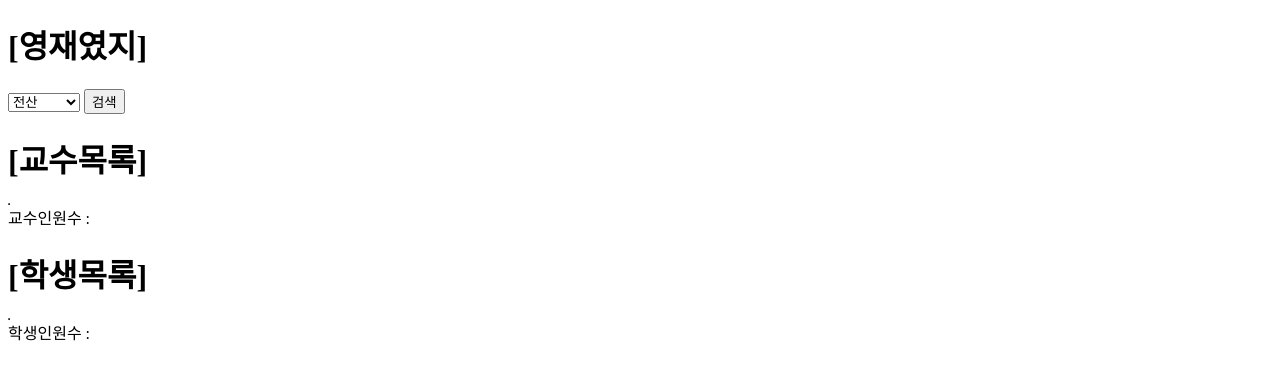
Repository: whwlsghkstm/html
Page: Ex0507/WebContent/list.html
An editor plug-in stored every save of this project. The page is shown before and after the next save, followed by the edit.
The browser window is 1280 px wide. The pictures show the whole page.
Some web libraries are served in a nearby version.

Above is the page before, as saved 2020-05-07 06:11:14.

After the next save:
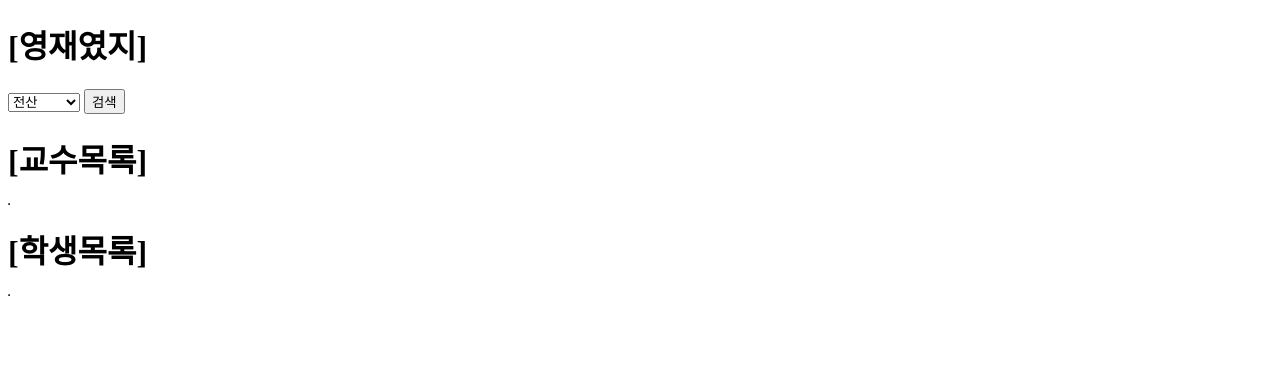
Saved 22 min 24 s later.
--- a/Ex0507/WebContent/list.html
+++ b/Ex0507/WebContent/list.html
@@ -41,7 +41,7 @@
 			</tr>
 		{{/each}}
 	</script>
-	교수인원수 : <span id="total"></span>
+	<span id="total"></span>
 
 	<h1>[학생목록]</h1>
 	<table id="tab1" border=1></table>
@@ -62,7 +62,7 @@
 			</tr>
 		{{/each}}
 	</script>
-	학생인원수 : <span id="total1"></span>
+	<span id="total1"></span>
 </body>
 
 <script>
@@ -75,8 +75,8 @@
 			data:{"dept":dept},
 			dataType:"json",
 			success:function(data){
-				$("#total").html(data.pcnt);
-				$("#total1").html(data.scnt);
+				$("#total").html(dept+"학과 교수수 : "+data.pcnt);
+				$("#total1").html(dept+"학과 학생수 : "+data.scnt);
 				var temp=Handlebars.compile($("#temp").html());
 				$("#tab").html(temp(data));
 				var temp=Handlebars.compile($("#temp1").html());
